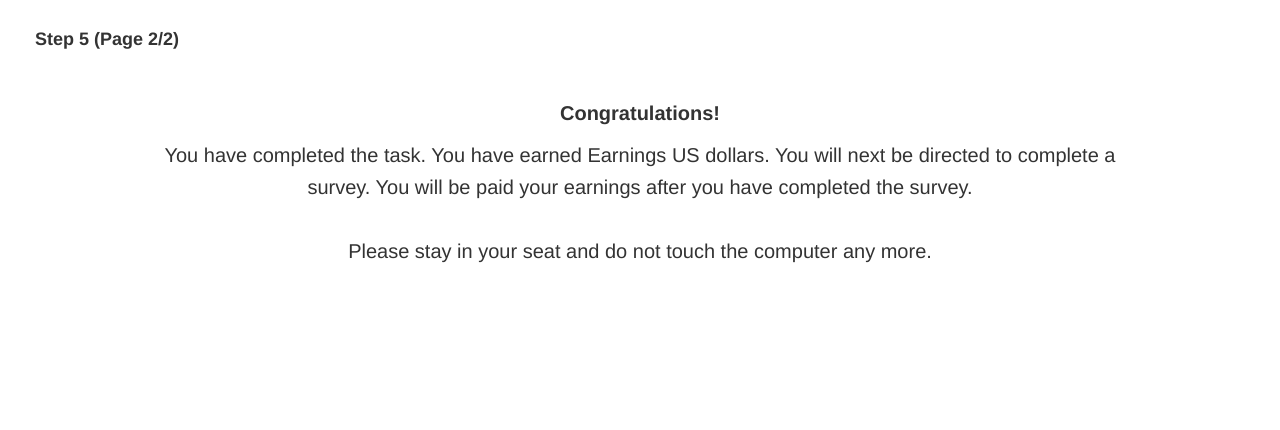
Repository: zmikaya/behavecon
Page: templates/group/Category3Dams_p28.html
The author's editor kept a record of every edit. The page is drawn from the files as they stood at one moment, then again after the next edit.
The browser window is 1280 px wide. The pictures show the whole page.
The template is drawn by Django 2.2. The application's start-up code is not run. Other server files are loaded and not shown. The template is opened directly, without the code that normally fills it, so the values that code supplies are empty.

Above is the page before.
Console error: TypeError: Cannot read properties of null (reading 'getAttribute')

### templates/group/Category3Dams_p28.html
{% extends 'sidebar-base.html' %}
{% load staticfiles %}

{% block body_block %}
    <!-- Page Content -->
    <div id="page-content-wrapper">
        <div class="container-fluid">
            <div class="progess-northwest">
                <h4><b>Step 5 (Page 2/2)</b></h4>
            </div>
            <div class="row">
                <div class="col-lg-1"></div>
                <div class="col-lg-10 center">
                    <p class="no-margn">
                        <b>Congratulations!</b>
                    </p>
                    <p class="no-margin">
                        You have completed the task. You have earned
                        Earnings US dollars. You will next be directed to
                        complete a survey. You will be paid your earnings
                        after you have completed the survey.
                    </p>
                    <br>
                    <p class="no-margin">
                        Please stay in your seat and do not touch the
                        computer any more.
                    </p>
                </div>
            </div>
                    <!--<a href="#menu-toggle" class="btn btn-default" id="menu-toggle">Toggle Menu</a>-->
        </div>
    </div>
    <!-- /#page-content-wrapper -->
{% endblock %}

### templates/sidebar-base.html
<!DOCTYPE html>
{% load staticfiles %}
<html lang="en">

<head>

    <meta charset="utf-8">
    <meta http-equiv="X-UA-Compatible" content="IE=edge">
    <meta name="viewport" content="width=device-width, initial-scale=1">
    <meta name="description" content="">
    <meta name="author" content="">

    <title>BehaveCon</title>

    <!-- Bootstrap Core CSS -->
    <link href="{% static "css/bootstrap.min.css" %}" rel="stylesheet">

    <!-- Custom CSS -->
    <link href="{% static "css/simple-sidebar.css" %}" rel="stylesheet">

    <link href="{% static "css/style.css" %}" rel="stylesheet">

    <script src="{% static "js/jquery.js" %}"></script>

    <script src="{% static "js/embed.js" %}" type="text/javascript"></script>

    <!-- HTML5 Shim and Respond.js IE8 support of HTML5 elements and media queries -->
    <!-- WARNING: Respond.js doesn't work if you view the page via file:// -->
    <!--[if lt IE 9]>
        <script src="https://oss.maxcdn.com/libs/html5shiv/3.7.0/html5shiv.js"></script>
        <script src="https://oss.maxcdn.com/libs/respond.js/1.4.2/respond.min.js"></script>
    <![endif]-->


</head>

<body>

    <!--<div id="wrapper">-->

        <!-- Sidebar -->
    <!--    <div id="sidebar-wrapper">-->
    <!--        <ul class="sidebar-nav">-->
    <!--            <li class="sidebar-brand">-->
    <!--                <a href="#">-->
    <!--                    Start Bootstrap-->
    <!--                </a>-->
    <!--            </li>-->
    <!--            <li>-->
    <!--                <a href="#">Dashboard</a>-->
    <!--            </li>-->
    <!--            <li>-->
    <!--                <a href="#">Shortcuts</a>-->
    <!--            </li>-->
    <!--            <li>-->
    <!--                <a href="#">Overview</a>-->
    <!--            </li>-->
    <!--            <li>-->
    <!--                <a href="#">Events</a>-->
    <!--            </li>-->
    <!--            <li>-->
    <!--                <a href="#">About</a>-->
    <!--            </li>-->
    <!--            <li>-->
    <!--                <a href="#">Services</a>-->
    <!--            </li>-->
    <!--            <li>-->
    <!--                <a href="#">Contact</a>-->
    <!--            </li>-->
    <!--        </ul>-->
    <!--    </div>-->
        <!-- /#sidebar-wrapper -->

        <!-- Page Content -->
        {% block body_block %}{% endblock %}
    <!-- /#wrapper -->

    <!-- jQuery -->
    <script src="{% static "js/jquery.js" %}"></script>

    <!-- Bootstrap Core JavaScript -->
    <script src="{% static "js/bootstrap.min.js" %}"></script>

    <script src="{% static "js/script.js" %}"></script>

    <!-- Menu Toggle Script -->
    <script>
    $("#menu-toggle").click(function(e) {
        e.preventDefault();
        $("#wrapper").toggleClass("toggled");
    });
    </script>

</body>

</html>

### static/css/simple-sidebar.css
/*!
 * Start Bootstrap - Simple Sidebar HTML Template (http://startbootstrap.com)
 * Code licensed under the Apache License v2.0.
 * For details, see http://www.apache.org/licenses/LICENSE-2.0.
 */

/* Toggle Styles */

#wrapper {
    padding-left: 0;
    -webkit-transition: all 0.5s ease;
    -moz-transition: all 0.5s ease;
    -o-transition: all 0.5s ease;
    transition: all 0.5s ease;
}

#wrapper.toggled {
    padding-left: 250px;
}

#sidebar-wrapper {
    z-index: 1000;
    position: fixed;
    left: 250px;
    width: 0;
    height: 100%;
    margin-left: -250px;
    overflow-y: auto;
    background: #000;
    -webkit-transition: all 0.5s ease;
    -moz-transition: all 0.5s ease;
    -o-transition: all 0.5s ease;
    transition: all 0.5s ease;
}

#wrapper.toggled #sidebar-wrapper {
    width: 250px;
}

#page-content-wrapper {
    width: 100%;
    position: absolute;
    padding: 15px;
}

#wrapper.toggled #page-content-wrapper {
    position: absolute;
    margin-right: -250px;
}

/* Sidebar Styles */

.sidebar-nav {
    position: absolute;
    top: 0;
    width: 250px;
    margin: 0;
    padding: 0;
    list-style: none;
}

.sidebar-nav li {
    text-indent: 20px;
    line-height: 40px;
}

.sidebar-nav li a {
    display: block;
    text-decoration: none;
    color: #999999;
}

.sidebar-nav li a:hover {
    text-decoration: none;
    color: #fff;
    background: rgba(255,255,255,0.2);
}

.sidebar-nav li a:active,
.sidebar-nav li a:focus {
    text-decoration: none;
}

.sidebar-nav > .sidebar-brand {
    height: 65px;
    font-size: 18px;
    line-height: 60px;
}

.sidebar-nav > .sidebar-brand a {
    color: #999999;
}

.sidebar-nav > .sidebar-brand a:hover {
    color: #fff;
    background: none;
}

@media(min-width:768px) {
    #wrapper {
        padding-left: 250px;
    }

    #wrapper.toggled {
        padding-left: 0;
    }

    #sidebar-wrapper {
        width: 250px;
    }

    #wrapper.toggled #sidebar-wrapper {
        width: 0;
    }

    #page-content-wrapper {
        padding: 20px;
        position: relative;
    }

    #wrapper.toggled #page-content-wrapper {
        position: relative;
        margin-right: 0;
    }
}

### static/css/style.css
.center {
    text-align: center;
    font-size: 20px;
    margin-top: 3%;
    line-height: 160%;
}

.left-align {
    font-size: 20px;
    margin-top: 3%;
    line-height: 160%;
}

.left-align-width {
    font-size: 20px;
    margin-top: 3%;
    line-height: 160%;
    width: 80% !important;
}

.left-align-no-margin {
    font-size: 20px;
    margin-top: 0;
    line-height: 160%;
}

.inline {
    display: inline-block;
}

.continue {
    margin-top: 10%;
}

.text {
    font-size: 20px;
    line-height: 160%;
}

.left {
    margin-top: 3%;
    width: 50%;
    float: left;
}

.right {
    margin-top: 3%;
    width: 50%;
    float: right;
}

.damTable {
    max-height: 100%;
    max-width: 100%;
    margin-top: 15%;
}

.damContinue {
    float: right;
    font-size: 20px;
    padding-right: 5%;
}

.bullet-points li {
    margin-bottom: 2%;
}

.practice-ml-row{
    height: 150px;
    border-bottom: thick solid #A69F9F;
}

.col-md-6 p{
    margin: 0;
    transform: translateY(50%);
}

.table-center {
    transform: translateY(50%);
}

.table-3-center {
    transform: translateY(20%);
}

.list-no-style {
    list-style-type: none;
}

.list-inline {
    vertical-align: top;
}

.table-inline {
    display: inline-block;
}
.border{
    height: 100%;
    border-left: thick solid #A69F9F;
}

.no-margin {
    margin: 0;
}

.chat {
    margin-top: 4%;
}

.enterinfo {
    width: 15%;
}

.error-msg {
    color: red;
}

.npresent {
    padding-left: 35px;
}



#leftAnswers {
    margin-top: 5%;
}

#black-border {
    border: solid black;
}

### static/js/embed.js
function tlkioOnload() {
    var target_element  = document.getElementById('tlkio'),
        channel_name    = target_element.getAttribute('data-channel'),
        custom_css_path = target_element.getAttribute('data-theme'),
        nickname        = target_element.getAttribute('data-nickname'),
        iframe          = document.createElement('iframe');

    // var iframe_src = 'http://embed.lvh.me:3000/' + channel_name,
    var iframe_src = '//embed.tlk.io/' + channel_name,
        iframe_query = [];


    if (custom_css_path && custom_css_path.length > 0) {
      iframe_query.push('custom_css_path=' + custom_css_path);
    }

    if (nickname && nickname.length > 0) {
      iframe_query.push('nickname=' + nickname);
    }

    if (iframe_query.length > 0) {
      iframe_src += '?' + iframe_query.join('&')
    }

    iframe.setAttribute('src', iframe_src);
    iframe.setAttribute('width', '100%');
    iframe.setAttribute('height', '100%');
    iframe.setAttribute('frameborder', '0');
    iframe.setAttribute('style', 'margin-bottom: -8px;');

    var current_style = target_element.getAttribute('style');
    target_element.setAttribute('style', 'overflow: auto; -webkit-overflow-scrolling: touch;' + current_style);

    target_element.appendChild(iframe);
};

### static/js/script.js
var url = "/Category3Dams/"

function getCookie(name) {
    var cookieValue = null;
    if (document.cookie && document.cookie != '') {
        var cookies = document.cookie.split(';');
        for (var i = 0; i < cookies.length; i++) {
            var cookie = jQuery.trim(cookies[i]);
            // Does this cookie string begin with the name we want?
            if (cookie.substring(0, name.length + 1) == (name + '=')) {
                cookieValue = decodeURIComponent(cookie.substring(name.length + 1));
                break;
            }
        }
    }
    return cookieValue;
}


// $('.next').click(function(){
//     var csrftoken = getCookie('csrftoken');
//     var id = $("#enterid").val();
//     var page = $(this).attr('id')+'/';
//     $.ajax({
//       type: "POST",
//       url: url + page,
//       data: {
//           'id': id,
//           'csrfmiddlewaretoken': csrftoken
//         },
//         success: nextPage,
//         dataType: 'html'
//     });
// });

function dictToList(dict) {
    var keys = Object.keys(dict).sort()
    var data = [];
    for (var i=0; i<keys.length; i++) {
        data.push(dict[keys[i]]);
    }
    return data
}

function ajaxGetPage(page, data){
    var csrftoken = getCookie('csrftoken');
    console.log(url+page)
    var id = $("#enterid").val();
    // var page = $(this).attr('id')+'/';
    if (data) {
        var out = JSON.stringify(dictToList(data));
        console.log(out)
        $.ajax({
          type: "POST",
          url: url + page,
          data: {
              'data': out,
              'csrfmiddlewaretoken': csrftoken
            },
            success: nextPage,
            dataType: 'html'
        });
    }
    else {
        $.ajax({
          type: "POST",
          url: url + page,
          data: {
              'id': id,
              'csrfmiddlewaretoken': csrftoken
            },
            success: nextPage,
            dataType: 'html'
        });
    }
};

function ajaxSendData(page, data){
    var csrftoken = getCookie('csrftoken');
    console.log(url+page)
    var id = $("#enterid").val();
    // var page = $(this).attr('id')+'/';
    if (data) {
        var out = JSON.stringify(dictToList(data));
        console.log(out)
        $.ajax({
          type: "POST",
          url: url + page,
          data: {
              'data': out,
              'csrfmiddlewaretoken': csrftoken
            },
            success: emptyReturn,
            dataType: 'html'
        });
    }
}


function emptyReturn(data, textStatus, jqXHR){
    // var data = $.parseHTML(data);
    // console.log(data)
    // $("html").empty();
    // for(var i=0; i<data.length; i++){
    //     $("html").append(data[i])
    // }
    // if (tlkioOnload) {
    //     tlkioOnload();
    // }
}

// if (tlkioOnload) {
//     tlkioOnload();
// }


// handles the returned html/data from Django
// clears existing body, then replaces it with returned html
var test = null;
function nextPage(data, textStatus, jqXHR){
    test = data;
    var data = $.parseHTML(data);
    console.log(data)
    $("html").empty();
    for(var i=0; i<data.length; i++){
        $("html").append(data[i])
    }
    if (tlkioOnload) {
        tlkioOnload();
    }
}

if (tlkioOnload) {
    tlkioOnload();
}

Loaded but not shown: static/css/bootstrap.min.css (library); static/js/jquery.js (library); static/js/bootstrap.min.js (library)

After the next edit:
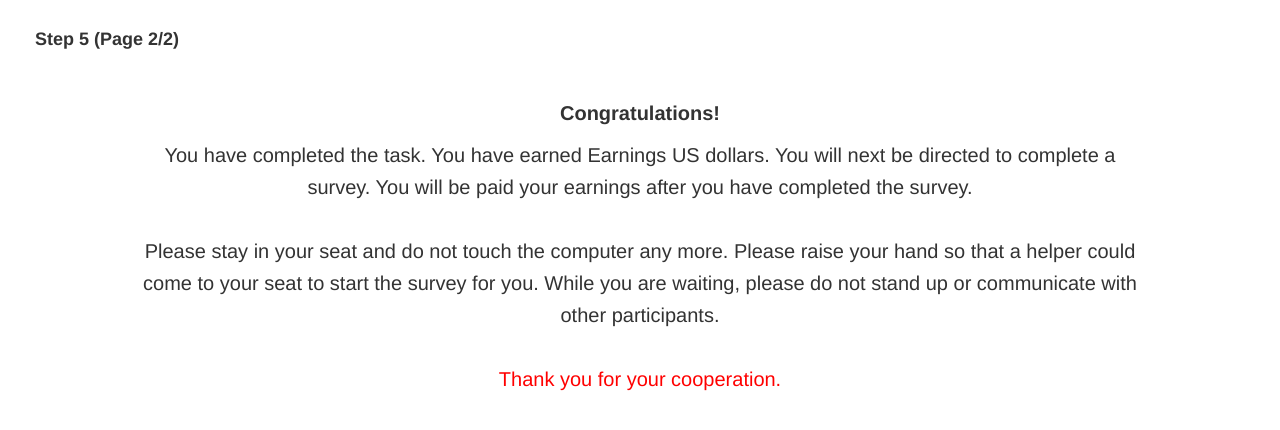
The edit:
--- a/templates/group/Category3Dams_p28.html
+++ b/templates/group/Category3Dams_p28.html
@@ -23,7 +23,14 @@
                     <br>
                     <p class="no-margin">
                         Please stay in your seat and do not touch the
-                        computer any more.
+                        computer any more. Please raise your hand so that a
+                        helper could come to your seat to start the survey for
+                        you. While you are waiting, please do not stand up or
+                        communicate with other participants.
+                    </p>
+                    <br>
+                    <p class="no-margin">
+                        <font color="red">Thank you for your cooperation.</font>
                     </p>
                 </div>
             </div>
